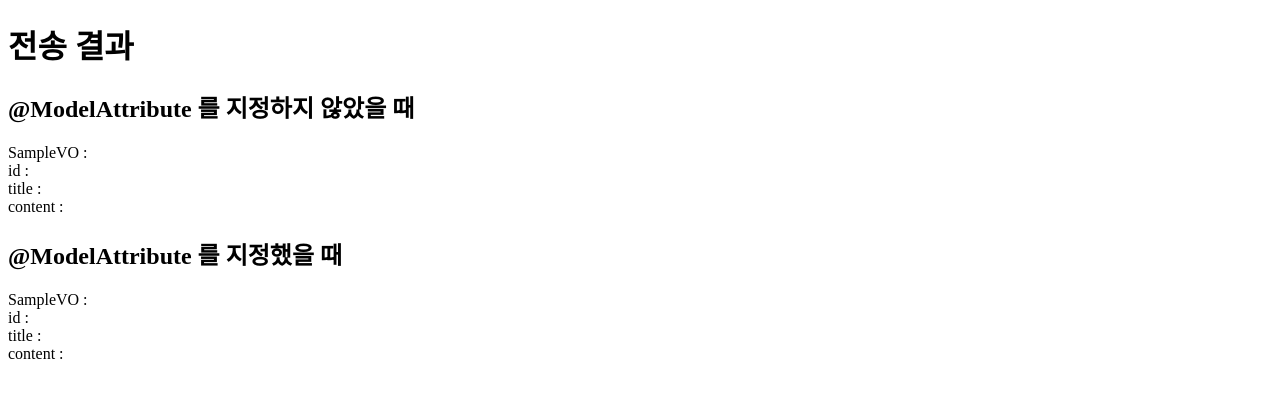
Repository: hanskim431/STS_Study
Page: http://localhost/a_mvc_controller/WEB-INF/views/sample02/sampleResult.jsp
These files come from the project's save history. The page is drawn as it stood at one moment and after the next save; the edit follows.
The browser window is 1280 px wide. The pictures show the whole page.
The page is served by Tomcat 9. Nobody is signed in. The template is opened directly, without the code that normally fills it, so the values that code supplies are empty.

Above is the page before, as saved 2023-06-05 05:00:17.

After the next save:
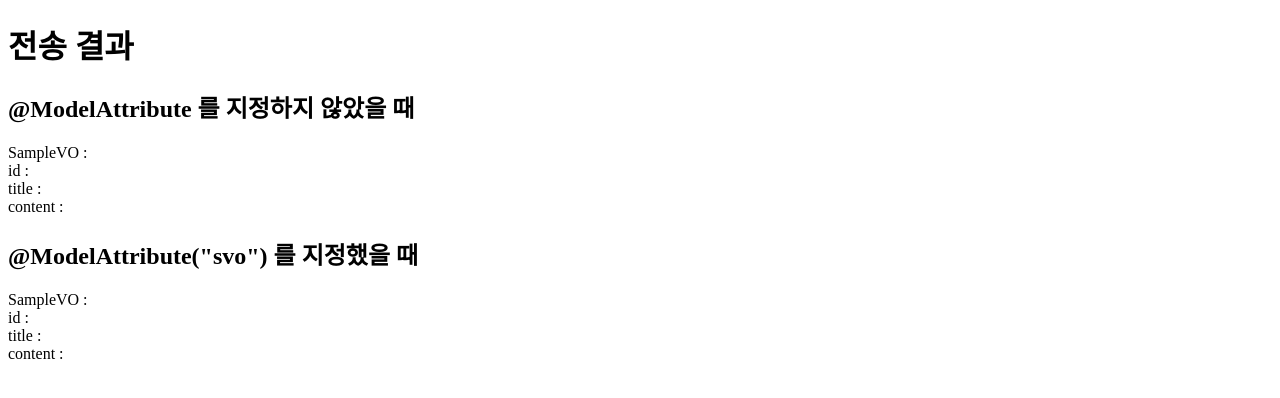
Saved 8 s later.
--- a/a_mvc_controller/src/main/webapp/WEB-INF/views/sample02/sampleResult.jsp
+++ b/a_mvc_controller/src/main/webapp/WEB-INF/views/sample02/sampleResult.jsp
@@ -19,7 +19,7 @@
 	title : ${sampleVO.title} <br> <!-- getTitle() -->
 	content : ${sampleVO.content} <br> <!-- getContent() -->
 
-	<h2>@ModelAttribute 를 지정했을 때</h2>
+	<h2>@ModelAttribute("svo") 를 지정했을 때</h2>
 	SampleVO : ${svo} <br>
 	id : ${svo.id} <br>
 	title : ${svo.title} <br>
